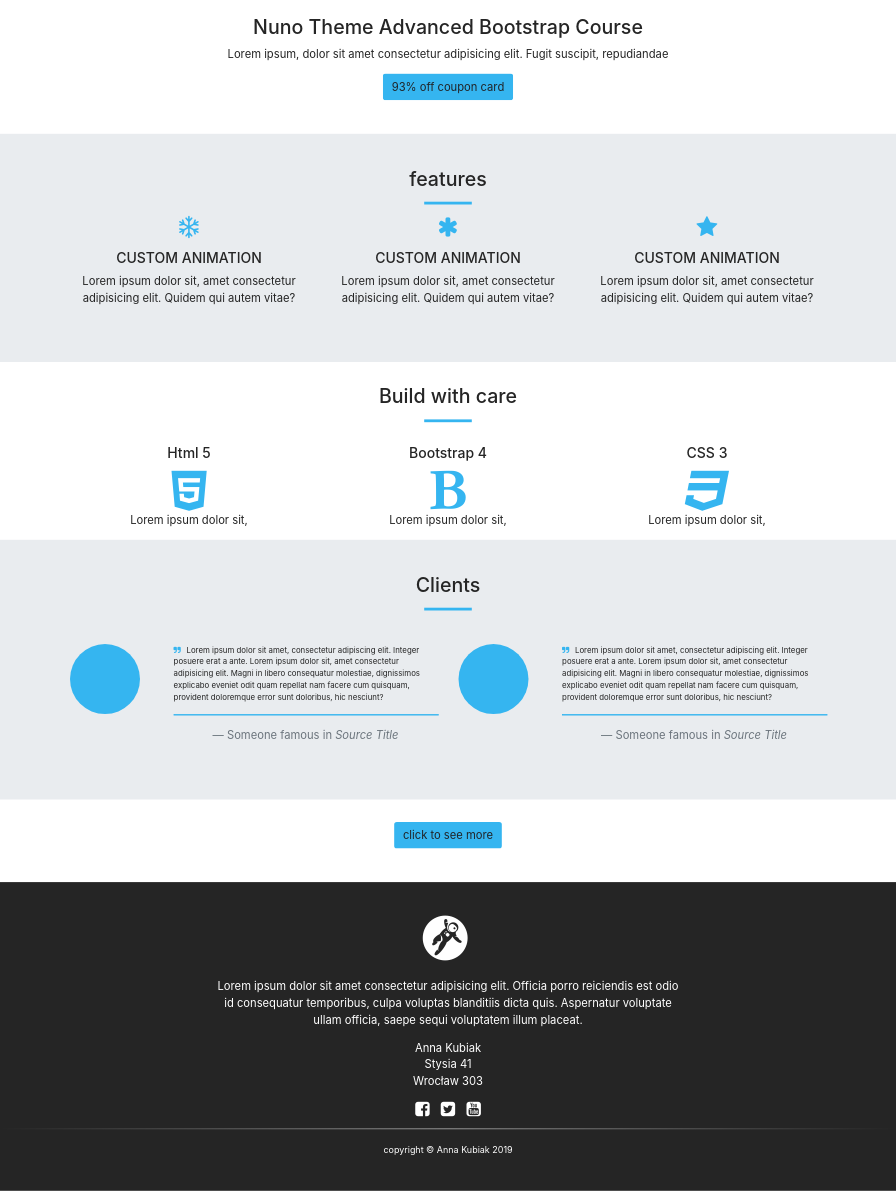
Repository: Mietlicha/bootstrap_template_exercise
Page: index.html
An editor plug-in stored every save of this project. The page is shown before and after the next save, followed by the edit.
The browser window is 1280 px wide. The pictures show the part of the page from y = 673 to 2593 px (the page is 2374 px tall before and 2593 px after), at 70% of full size.
Backgrounds fixed to the window are drawn as part of the page.

Above is the page before, as saved 2019-11-20 17:11:52.

After the next save:
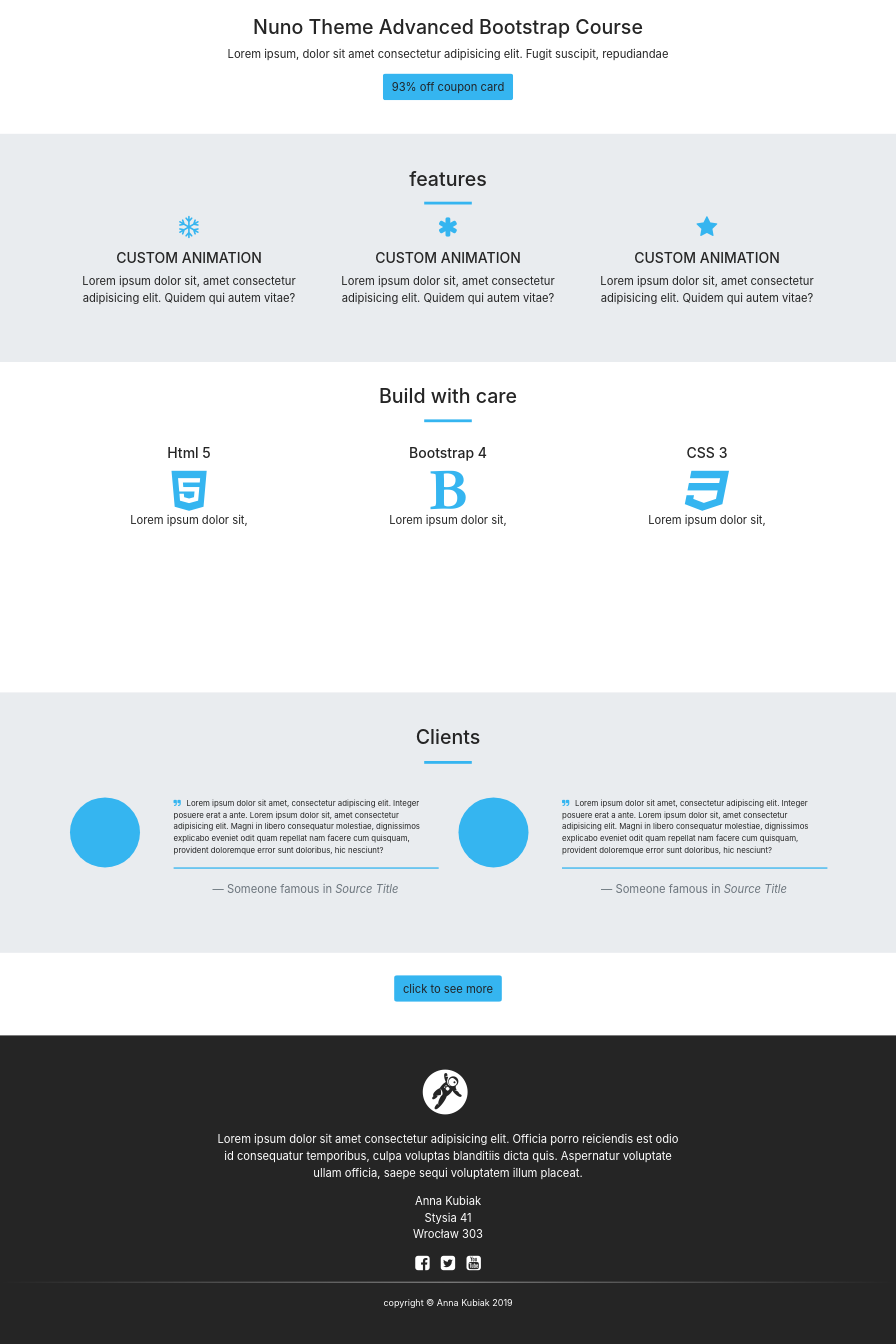
Saved 110 s later.
--- a/style.css
+++ b/style.css
@@ -102,7 +102,7 @@
 
 /************************Resources******************************************/
 #resources{
-/* min-height: 70vh; */
+min-height: 70vh;
 /* position: relative; */
 /* background-attachment: fixed; */
 background: linear-gradient(rgba(0, 0, 0, 0.534), rgba(0, 0, 0, 0.534)), url(img/tlo.jpg) no-repeat center fixed / cover;

After the save that followed:
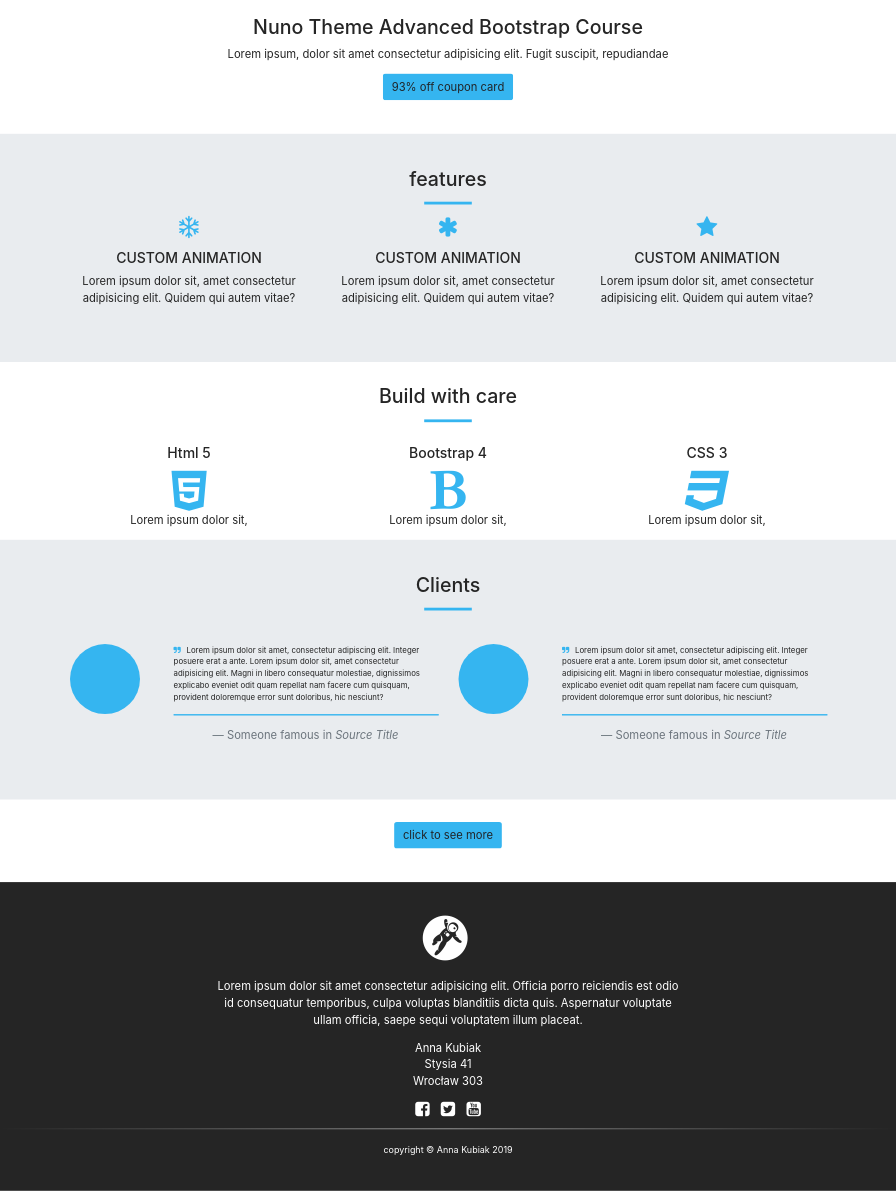
Saved 13 s later.
--- a/style.css
+++ b/style.css
@@ -102,7 +102,7 @@
 
 /************************Resources******************************************/
 #resources{
-min-height: 70vh;
+min-height: 20vh;
 /* position: relative; */
 /* background-attachment: fixed; */
 background: linear-gradient(rgba(0, 0, 0, 0.534), rgba(0, 0, 0, 0.534)), url(img/tlo.jpg) no-repeat center fixed / cover;
